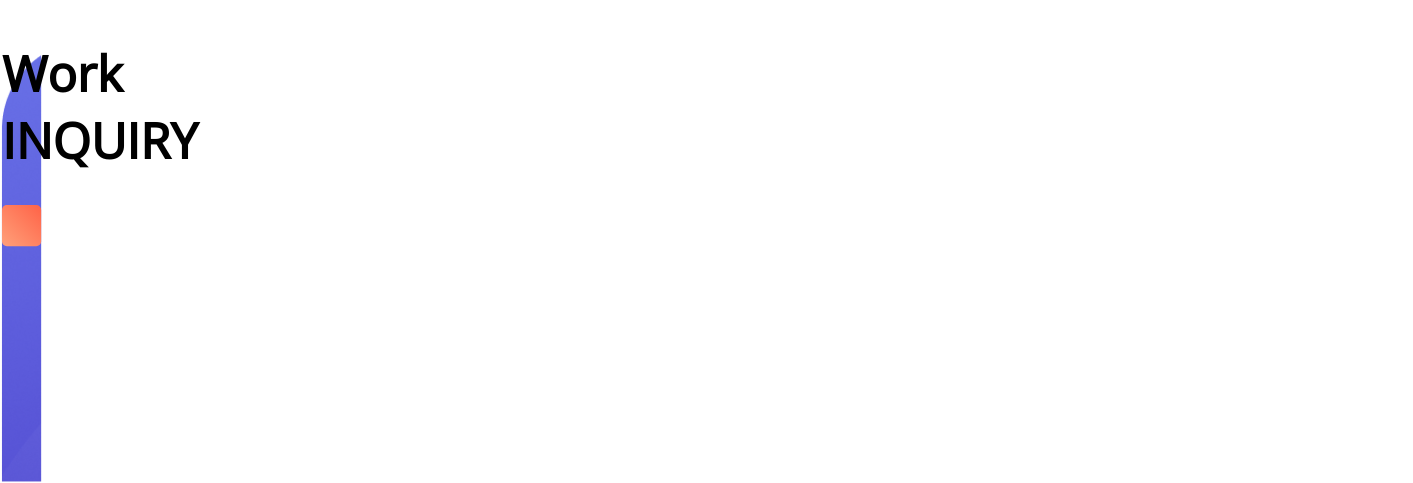
Repository: sabbircse3/personal-website
Page: index.html
These files come from the project's save history. The page is drawn as it stood at one moment and after the next save; the edit follows.
The browser window is 1280 px wide. The page is 1442 px wide, so the pictures cover 1442 px, including what lies to the right of the window. The pictures show the part of the page from y = 2386 to 3243 px (the page is 2879 px tall before and 3243 px after), at 98% of full size.

Above is the page before, as saved 2021-01-06 02:29:57.

After the next save:
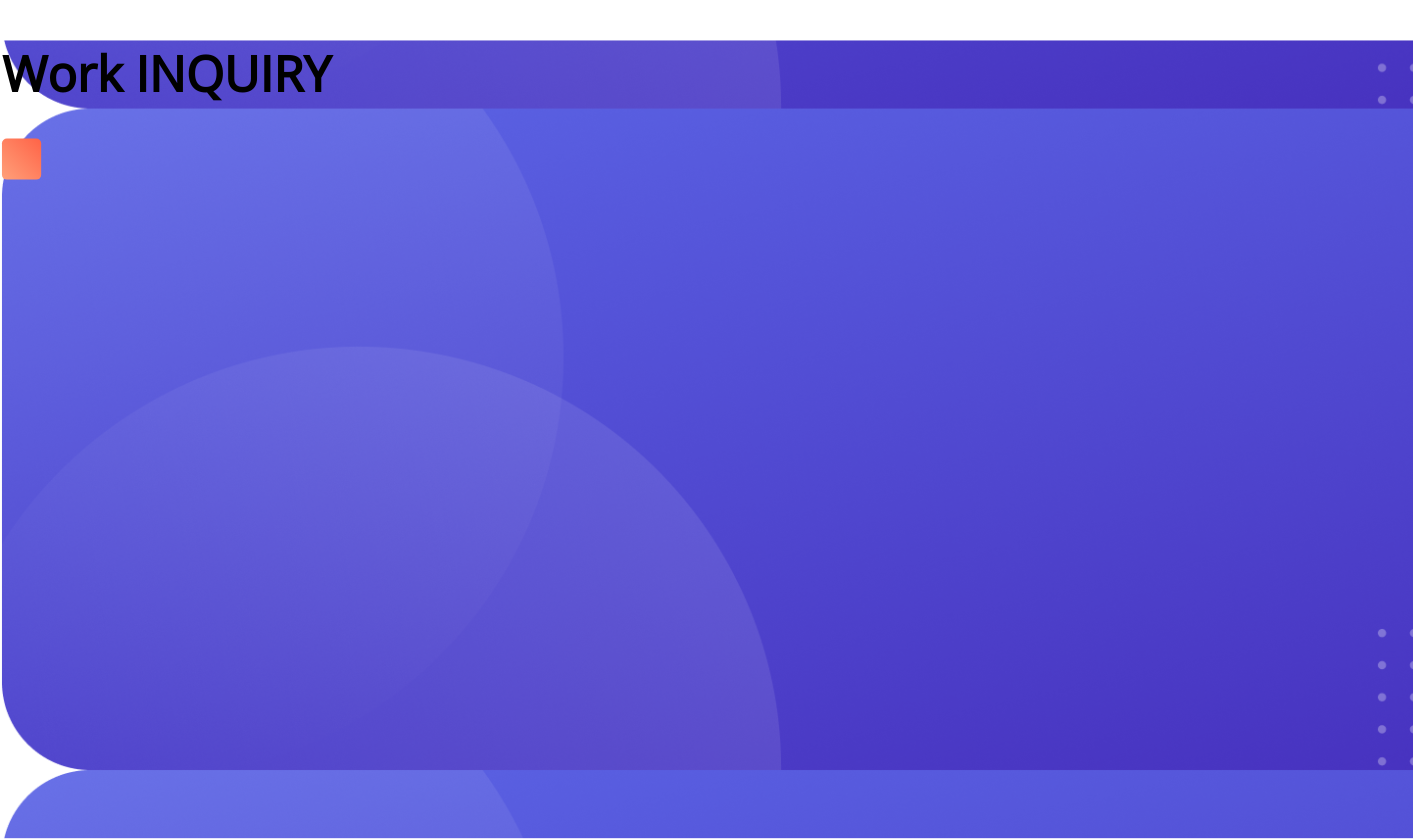
Saved 38 s later.
--- a/style.css
+++ b/style.css
@@ -114,8 +114,7 @@ footer p{
 }
 .lowest-banner{
     background-image: url("images/Group_33094_1.png");
-    background-repeat: no-repeat;
-
-    height: 60opx;
-    width: 40px;
+    background-position: left;
+    width: 1440px;
+    height: 814px;
 }
